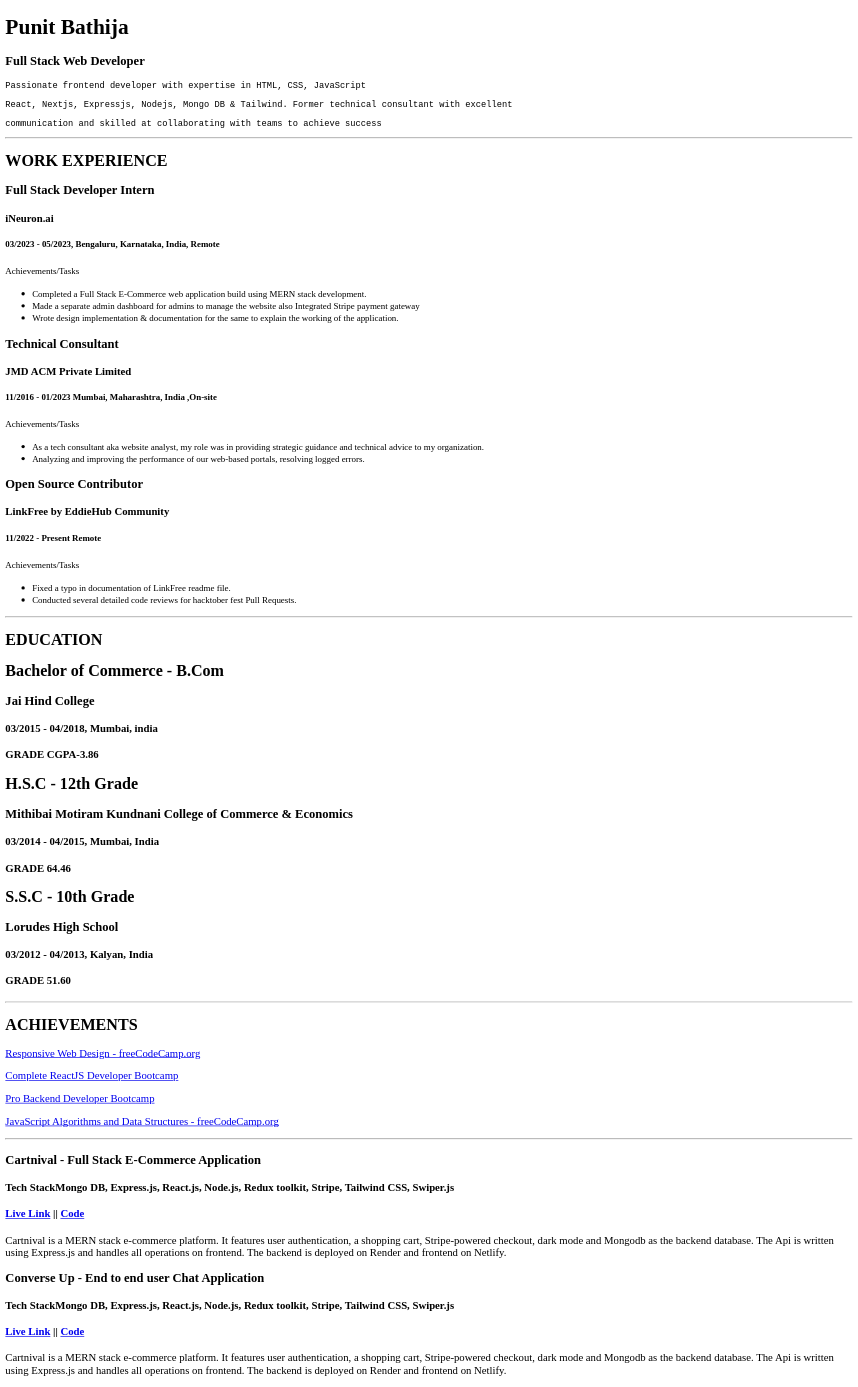
Repository: punitbathija/Placement-Assitance-iNeuron
Page: index.html
These files come from the project's save history. The page is drawn as it stood at one moment and after the next save; the edit follows.
The browser window is 1280 px wide. The pictures show the whole page, at 67% of full size.

Above is the page before, as saved 2023-05-18 12:49:33.

After the next save:
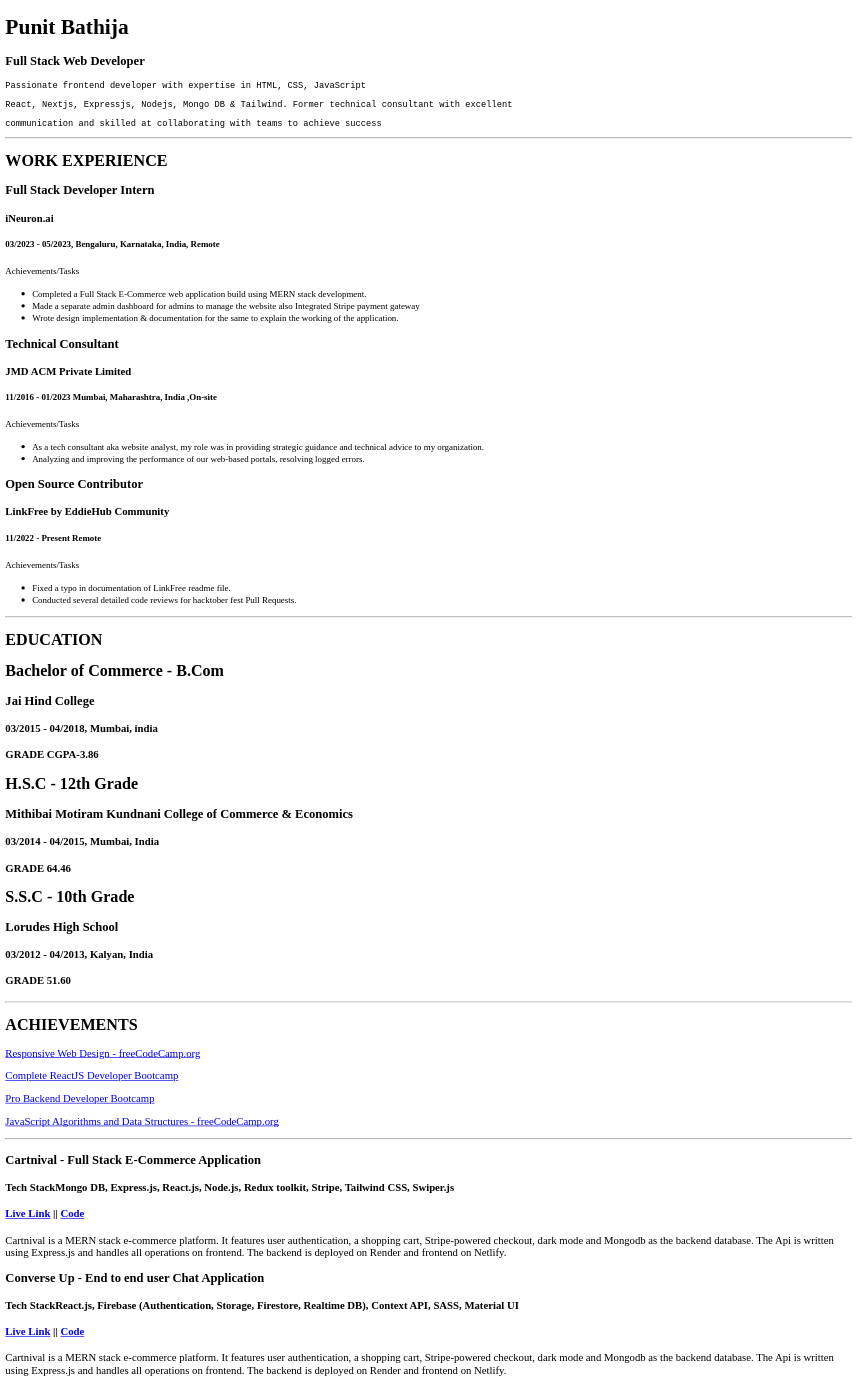
Saved 12 s later.
--- a/index.html
+++ b/index.html
@@ -166,8 +166,8 @@
       <div>
         <h3>Converse Up - End to end user Chat Application</h3>
         <h4>
-          <b>Tech Stack</b>Mongo DB, Express.js, React.js, Node.js, Redux
-          toolkit, Stripe, Tailwind CSS, Swiper.js
+          <b>Tech Stack</b>React.js, Firebase (Authentication, Storage,
+          Firestore, Realtime DB), Context API, SASS, Material UI
         </h4>
         <h4>
           <a href="https://cartnival.netlify.app/" target="_blank">Live Link</a>
